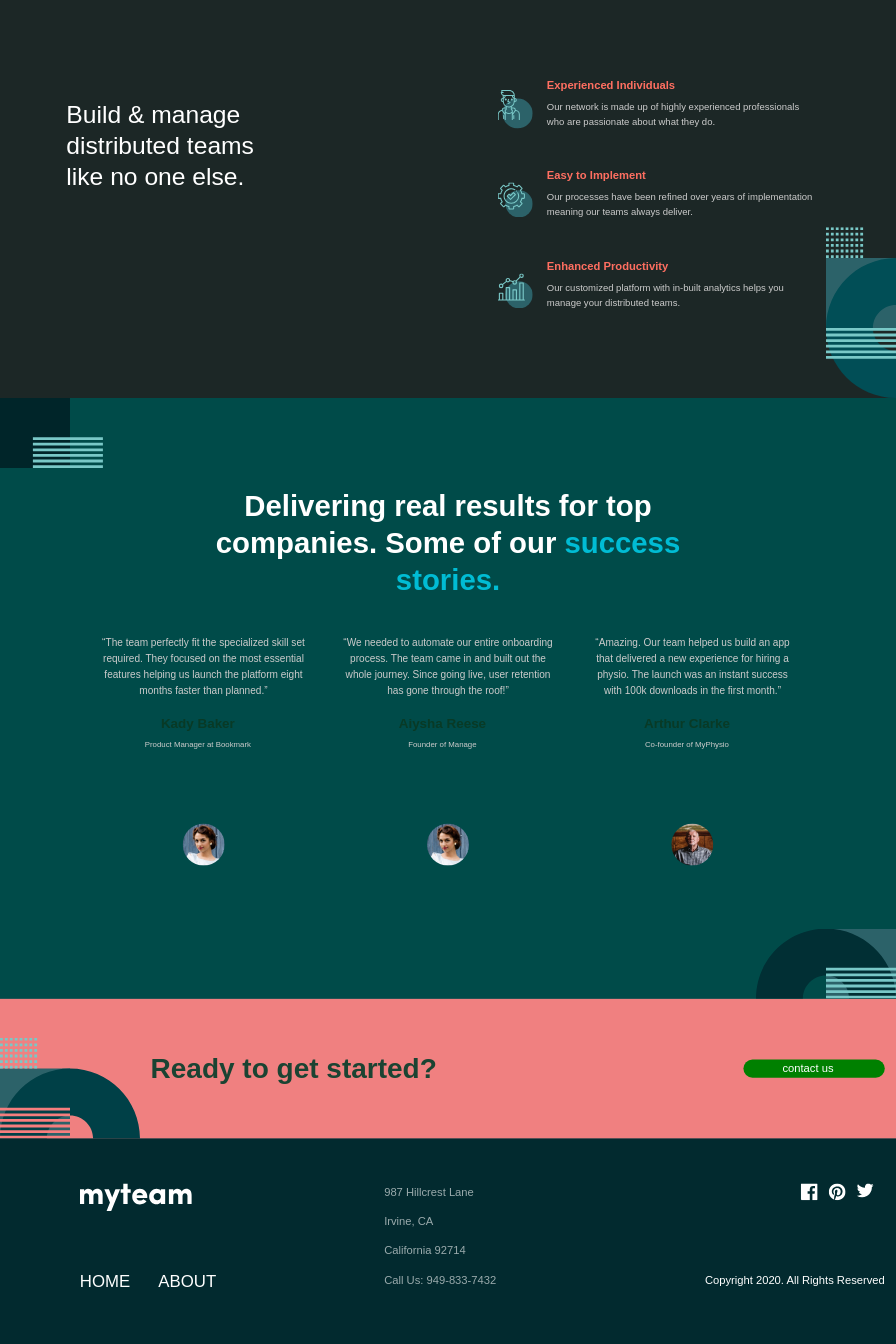
Repository: Gabriel221-dev/Project-page-main
Page: /
The author's editor kept a copy of each file at every save. The page is drawn from the files as they stood at one save, then again after the next save.
The browser window is 1280 px wide. The pictures show the part of the page from y = 692 to 2612 px (the page is 2612 px tall), at 70% of full size.
The project was rebuilt for these pictures with package versions that can differ from the ones it lists, and the page was loaded fresh each time. Also part of the build but not shown: vite.config.js, src/pages/About.css, src/components/DirectorCard.css, src/components/DirectorCard.jsx, src/pages/About.jsx, src/pages/Contact.css, src/pages/Contact.jsx.

Above is the page before, as saved 2024-07-23 09:34:43.

After the next save:
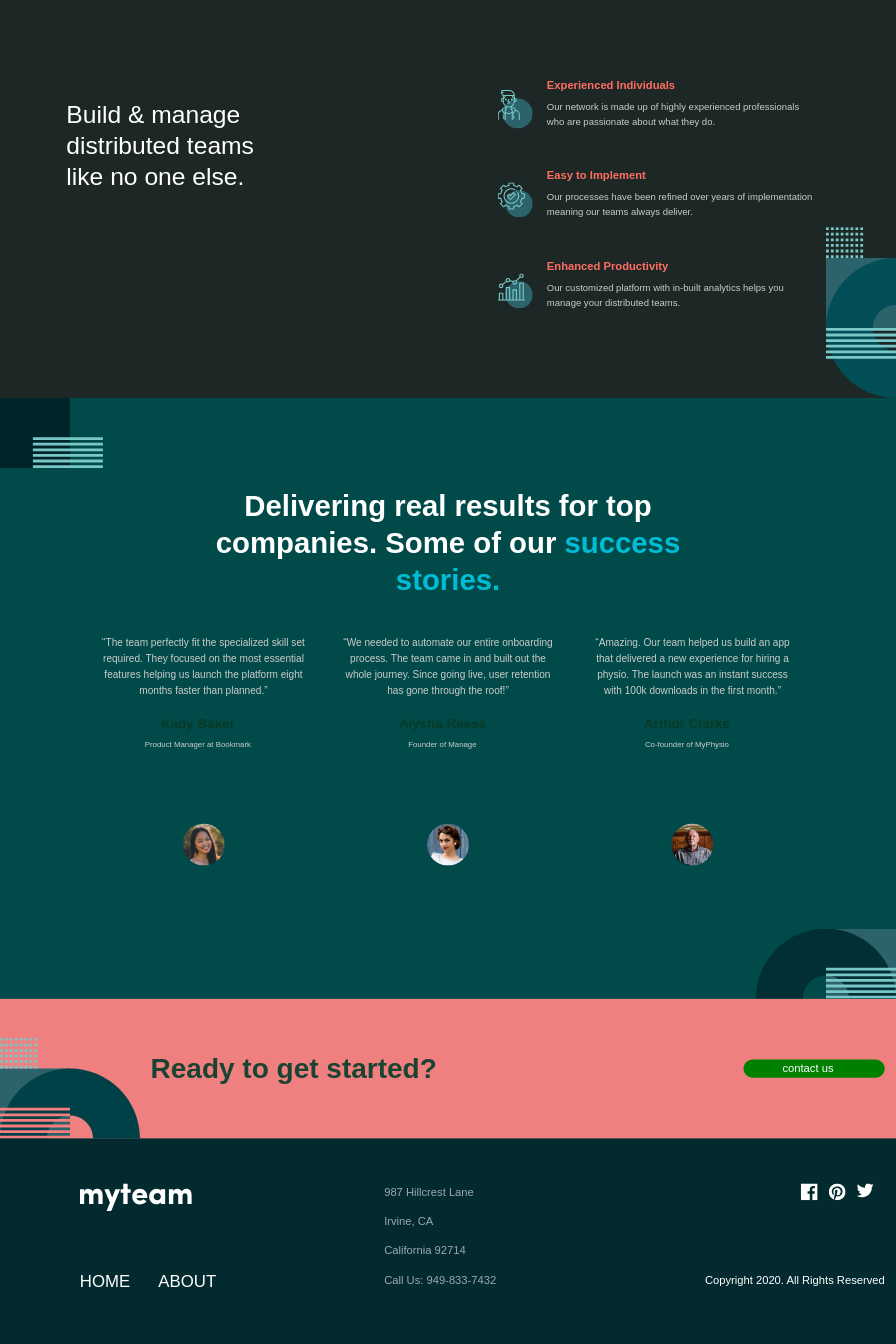
Saved 68 s later.
--- a/src/pages/Home.jsx
+++ b/src/pages/Home.jsx
@@ -87,7 +87,7 @@ const Home = () => {
               </p>
               <h3>Kady Baker</h3>
               <p className="name__tag">Product Manager at Bookmark</p>
-              <img src="/Imagez/avatar-aiysha.jpg" alt="Kady Baker" />
+              <img src="/Imagez/avatar-nikita.jpg" alt="Kady Baker" />
             </div>
             <div className="delivering__quote">
               <p>
